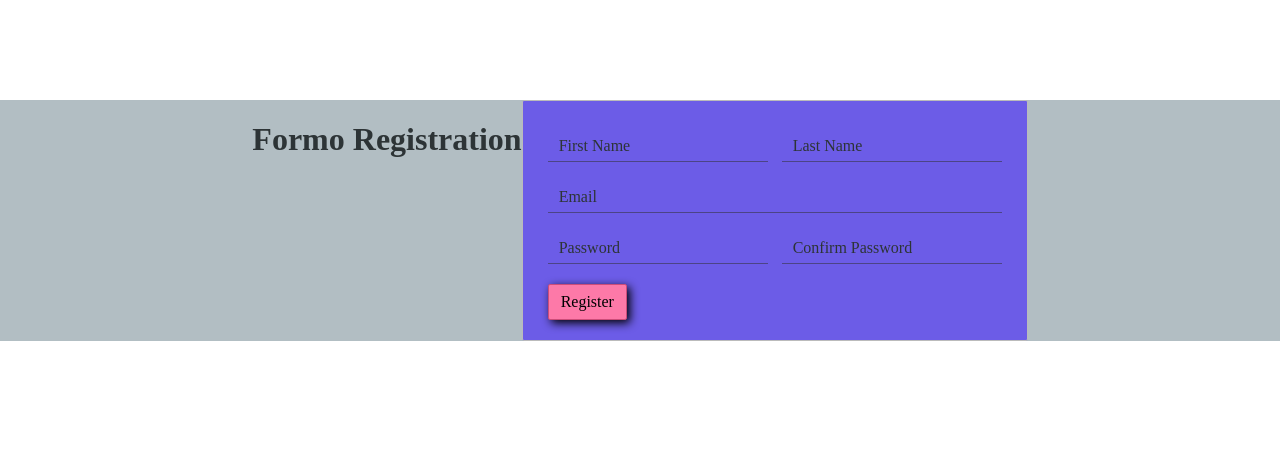
Repository: AMAmine89/vanilla-projects
Page: formo/index.html
These files come from the project's save history. The page is drawn as it stood at one moment and after the next save; the edit follows.
The browser window is 1280 px wide. The pictures show the whole page.

Above is the page before, as saved 2021-05-05 07:41:30.

After the next save:
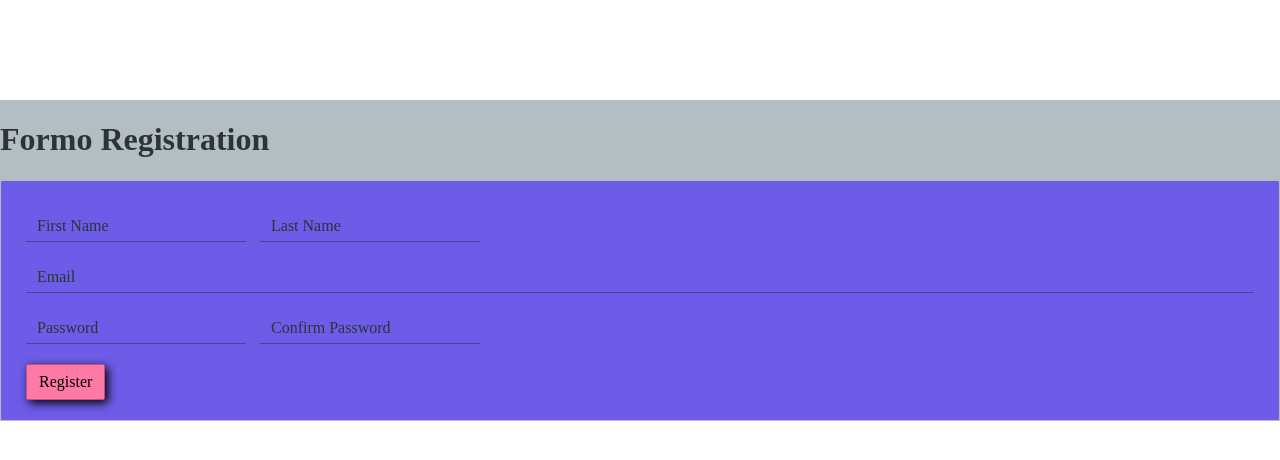
Saved 76 s later.
--- a/formo/style.css
+++ b/formo/style.css
@@ -1,6 +1,5 @@
 section {
-    display: flex;
-    justify-content: unsafe center;
+    display: grid;
     margin-top: 100px;
     background-color: #b2bec3;
     color: #2d3436;
